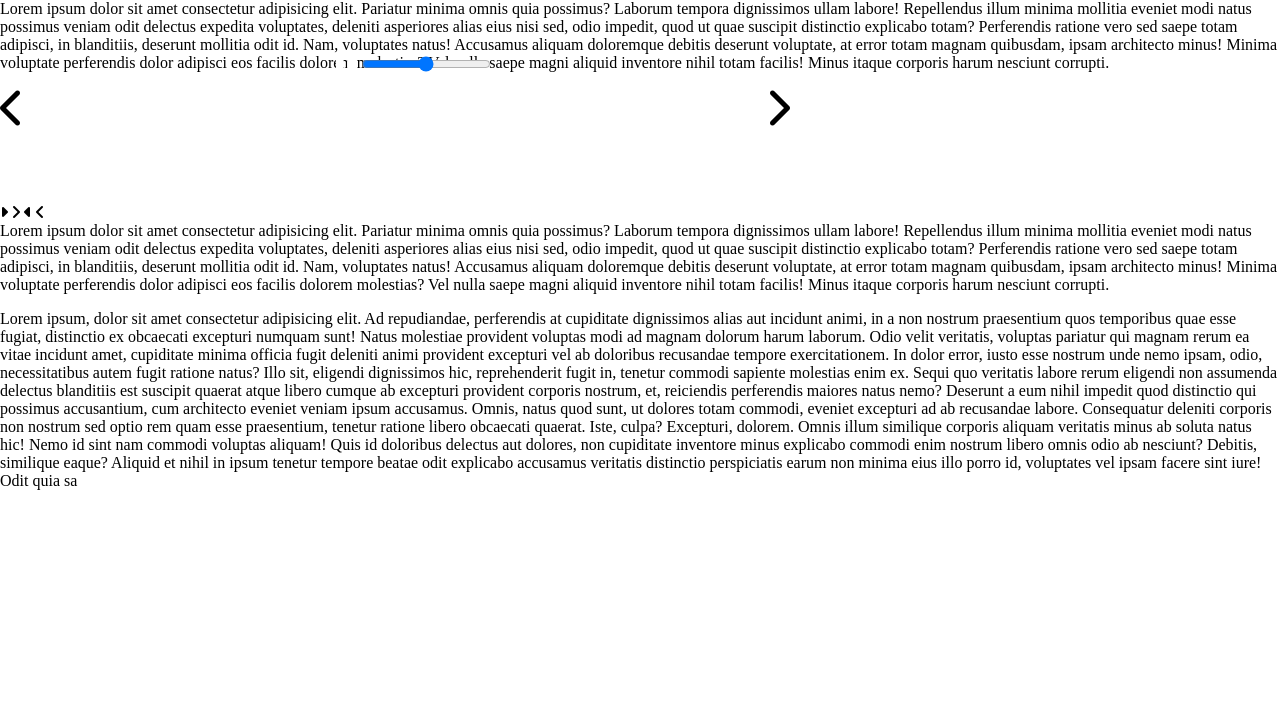
Repository: StevieC87/ASSIGNMENT3
Page: Slideshow/imgGallery.html
These files come from the project's save history. The page is drawn as it stood at one moment and after the next save; the edit follows.
The browser window is 1280 px wide. The pictures show the whole page.

Above is the page before, as saved 2022-02-27 23:56:52.
Console error: SyntaxError: Unexpected token ')'

After the next save:
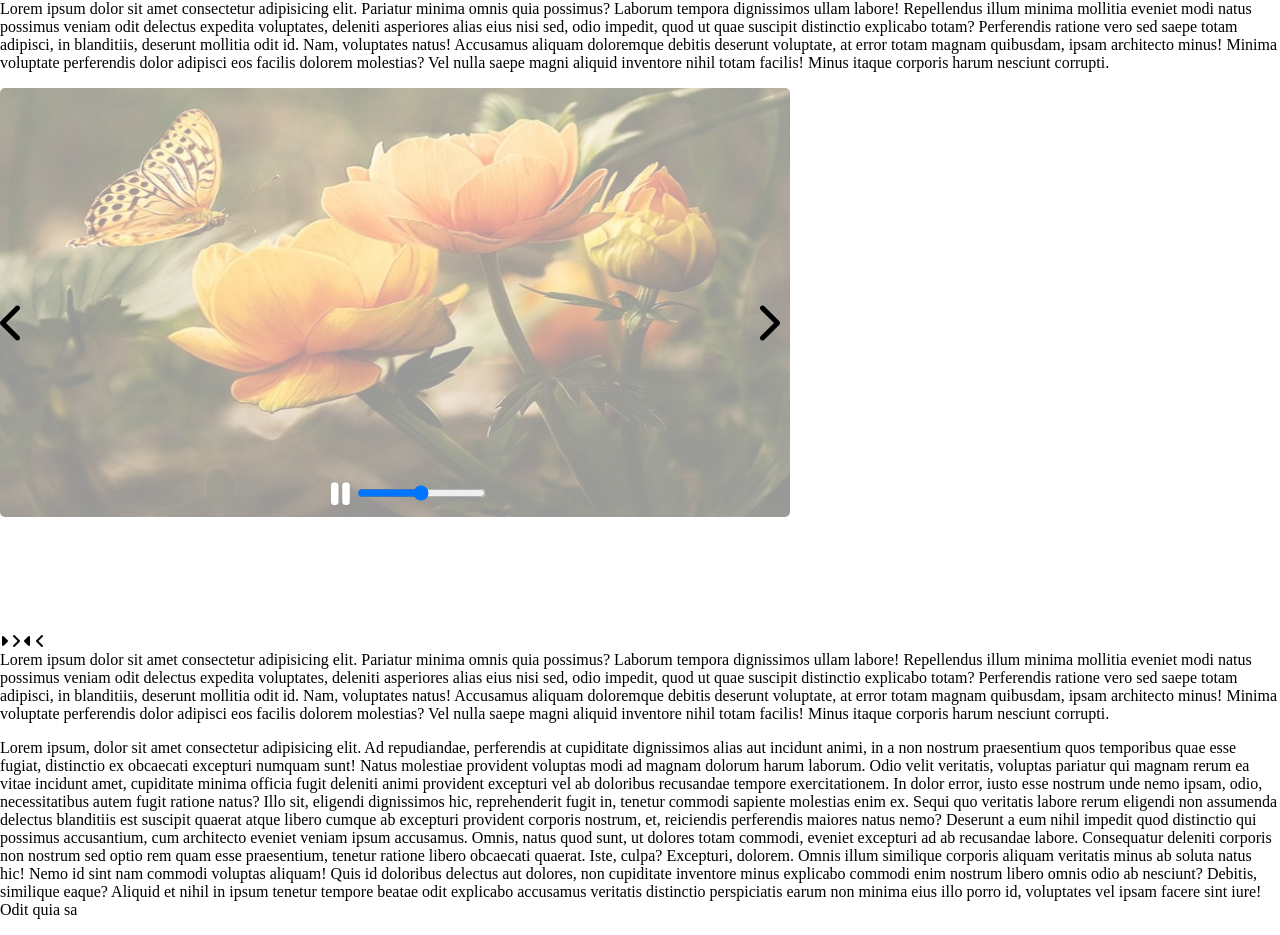
Console error (its wording comes from the project's code and is left out).
Saved 7 s later.
--- a/Slideshow/imgGallery.js
+++ b/Slideshow/imgGallery.js
@@ -96,14 +96,13 @@
                 //  function(error) {myDisplayer(error);}
             );
 
-            );
-
-
-
-
-
-    }, 200);
-});
+
+
+
+
+
+        }, 200);
+    });
 };
 thumbnails(myImages);
 

After the 6 saves that followed:
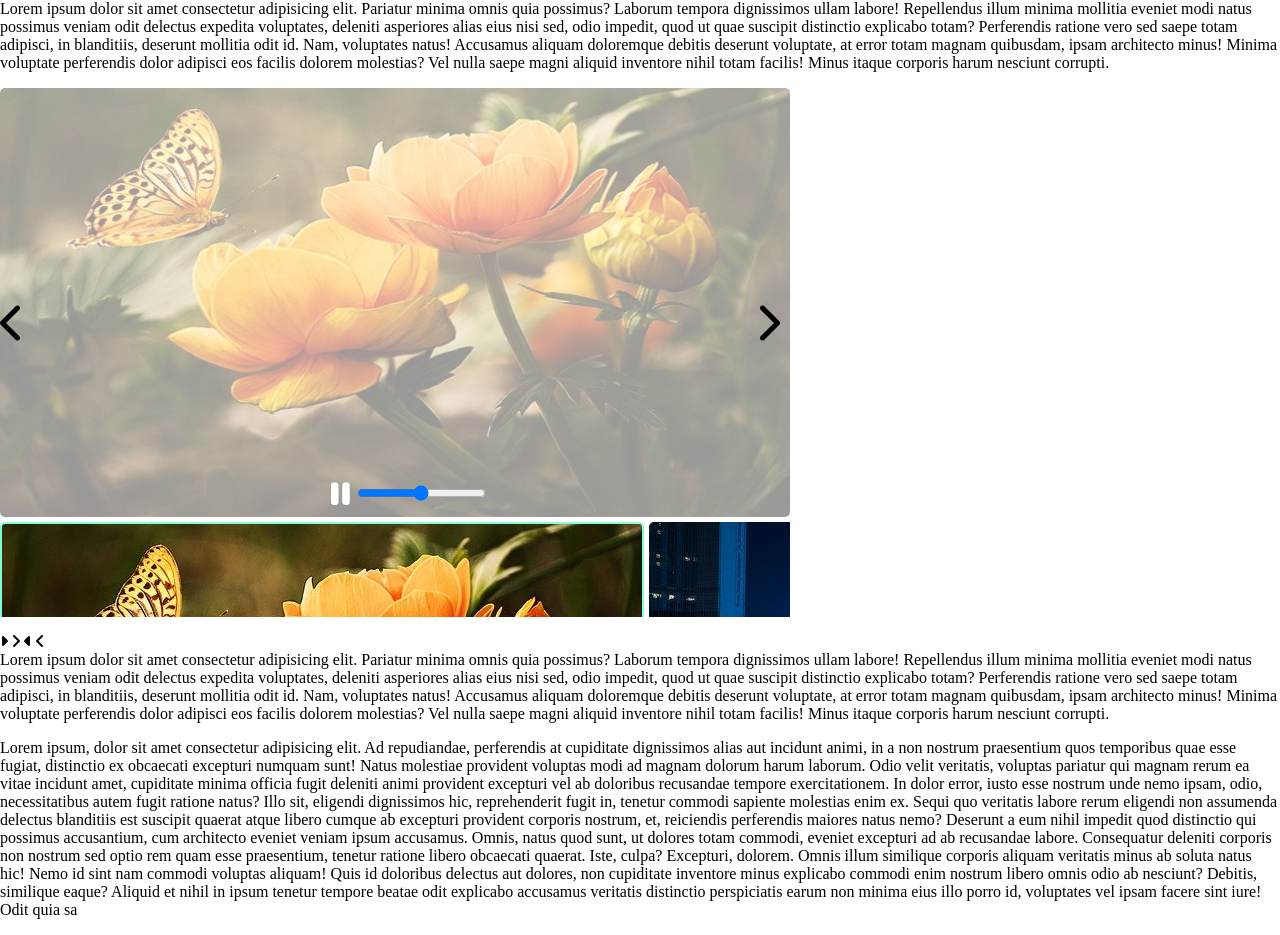
The error is gone.
The 6 saves are shown as one change because 5 left the picture as it was.
The last was saved 3 min 51 s later.
--- a/Slideshow/imgGallery.js
+++ b/Slideshow/imgGallery.js
@@ -55,53 +55,56 @@
 function thumbnails(imgsarray) {
     //LOOP OVER IMAGES ARRAY, CREATE THUMBNAIL IMAGES
     myImages.forEach((element, index) => {
-        const startdelay = setTimeout(() => {
-            //get image orientation, and set class
-            //create img object
-
-
-            let myPromise = new Promise(function (myResolve, myReject) {
-
-                let img = document.createElement('img');
-                img.src = `${myImages[index]}`;   //gets src from array index
-                //pass img to function to get orientation
-                let orientation = getImgOrientReturnClass(img);
-                let orientationthumb;
-                //set css class, depending on result
-                if (orientation === 'portrait') {
-                    orientationthumb = 'thumb-portrait';
-                }
-                else if (orientation === 'landscape') {
-                    orientationthumb = 'thumb-landscape'
-                }
-                let imgid = 'thumb' + index; //create new imgid
-                let slideDynamicNew = `<img id="${imgid}" class="thumb ${orientationthumb}" src="${myImages[index]}">`; //create img with template literal
-                //create div to put new img as innerHTML, then append it thumbnail container
-                if (orientationthumb) {
-                    // if (x == 0) {
-                    myResolve("OK");
-                } else {
-                    myReject("Error");
-                }
-            });
-
-            myPromise.then(
-                function () {
-
-                    let divfirst = document.createElement('div');
-                    divfirst.innerHTML = slideDynamicNew;
-                    parentdivthumb.appendChild(divfirst);
-
-                },
-                //  function(error) {myDisplayer(error);}
-            );
-
-
-
-
-
-
-        }, 200);
+        // const startdelay = setTimeout(() => {
+        //get image orientation, and set class
+        //create img object
+
+
+        let myPromise = new Promise(function (myResolve, myReject) {
+
+            let img = document.createElement('img');
+            img.src = `${myImages[index]}`;   //gets src from array index
+            //pass img to function to get orientation
+            let orientation = getImgOrientReturnClass(img);
+            let orientationthumb;
+            //set css class, depending on result
+            if (orientation === 'portrait') {
+                orientationthumb = 'thumb-portrait';
+            }
+            else if (orientation === 'landscape') {
+                orientationthumb = 'thumb-landscape'
+            }
+            let imgid = 'thumb' + index; //create new imgid
+            let slideDynamicNew = `<img id="${imgid}" class="thumb ${orientationthumb}" src="${myImages[index]}">`; //create img with template literal
+            //create div to put new img as innerHTML, then append it thumbnail container
+            myResolve(slideDynamicNew);
+
+            if (orientationthumb) {
+                // if (x == 0) {
+                //
+            } else {
+                // myReject("Error");
+            }
+        });
+
+        myPromise.then(
+            function (slideDynamicNew) {
+                myResolve(slideDynamicNew);
+
+            },
+            //  function(error) {myDisplayer(error);}
+        );
+        function myResolve(slideDynamicNew1) {
+            let divfirst = document.createElement('div');
+            divfirst.innerHTML = slideDynamicNew1;
+            parentdivthumb.appendChild(divfirst);
+        }
+
+
+
+
+
+        //  }, 200);
     });
 };
 thumbnails(myImages);
